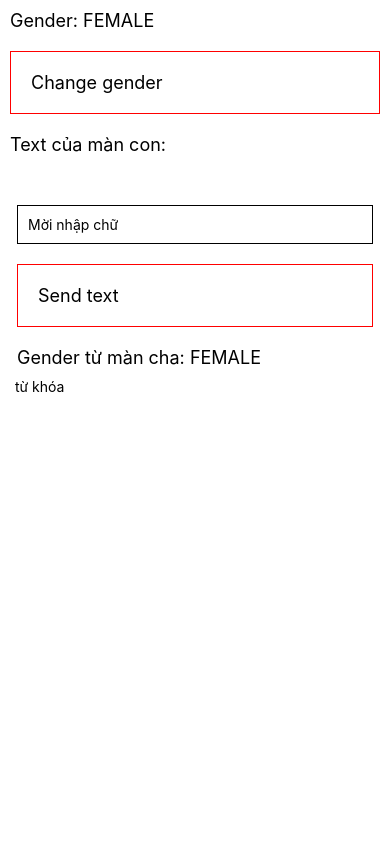
Repository: web345/test
Screen: /
These files come from the project's save history. The screen is drawn as it stood at one moment and after the next save; the edit follows.
The app was drawn by React Native's web renderer in a window 390 px wide. The project was rebuilt for these pictures with package versions that can differ from the ones it lists, and the page was loaded fresh each time.

Above is the screen before, as saved 2021-08-17 20:17:56.

### App.js
import React, {useState} from 'react'
import { View, Text, TextInput, TouchableOpacity, StyleSheet, SafeAreaView } from 'react-native'
import Form2 from "./form2"
export default function App() {


  const [gioitinh, setGioitinh]= useState("FEMALE");
  const [text1, settext1]= useState(" ");

  const changeGender=()=>{
    setGioitinh("MALE");
  }

  const changeText=(val)=>{
    settext1(val);
  }
  return (
    <SafeAreaView>
      <View style={style.form1}>
    <Text style={style.text} >Gender: {gioitinh}</Text>
    <TouchableOpacity style={style.button} onPress={changeGender}><Text style={style.text}>Change gender</Text></TouchableOpacity>
    <Text style={style.text} >Text của màn con: {text1}</Text>
    </View>
    <Form2 gioitinh={gioitinh} text3={changeText}/>
    </SafeAreaView>
  )
}

const style =StyleSheet.create({
  text: {
    fontSize: 18,
    margin: 10,
  },
  button: {
    borderWidth: 1,
    padding: 10,
    borderColor: "red",
    margin: 10,
  },
  form1: {
    marginBottom: 30,
  },
});

### form2.js
import React, {useState}from 'react'
import { View, Text, StyleSheet, TextInput, TouchableOpacity } from 'react-native'

export default function form2(props) {

    const [text2, setText2]=useState(" ");
    const getText=()=>{
        props.text3(text2);
    }
    return (
        <View style={style.container}>
        <TextInput placeholder={"Mời nhập chữ"} style={style.input} onChangeText={(txt)=>setText2(txt)}></TextInput>
        <TouchableOpacity style={style.button} onPress={getText}><Text style={style.text}>Send text</Text></TouchableOpacity>
        <Text style={style.text}>Gender từ màn cha: {props.gioitinh}</Text>
        <Text>{text2} từ khóa</Text>
        </View>
    )
}

const style=StyleSheet.create({
    container: {
        marginLeft: 7,
        marginRight: 7,
    },
    text: {
        fontSize: 18,
        margin: 10,
      },
      button: {
        borderWidth: 1,
        padding: 10,
        borderColor: "red",
        margin: 10,
      },
      input: {
          borderWidth: 1,
          padding: 10,
          margin: 10,
      }
})

After the next save:
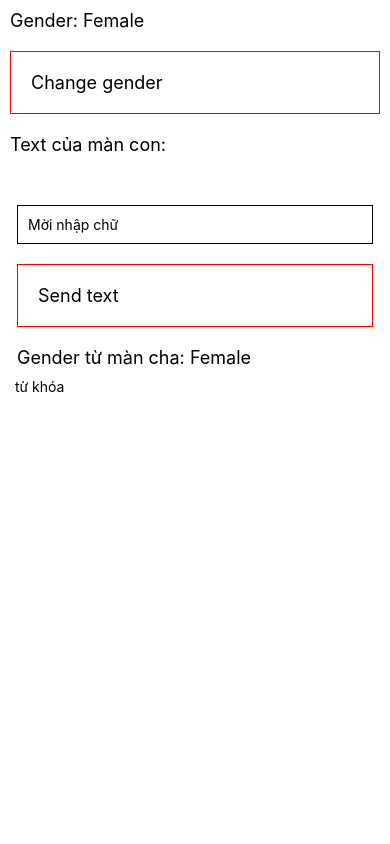
Saved 20 s later.
--- a/App.js
+++ b/App.js
@@ -4,11 +4,11 @@ import Form2 from "./form2"
 export default function App() {
 
 
-  const [gioitinh, setGioitinh]= useState("FEMALE");
+  const [gioitinh, setGioitinh]= useState("Female");
   const [text1, settext1]= useState(" ");
 
   const changeGender=()=>{
-    setGioitinh("MALE");
+    setGioitinh("Male");
   }
 
   const changeText=(val)=>{
